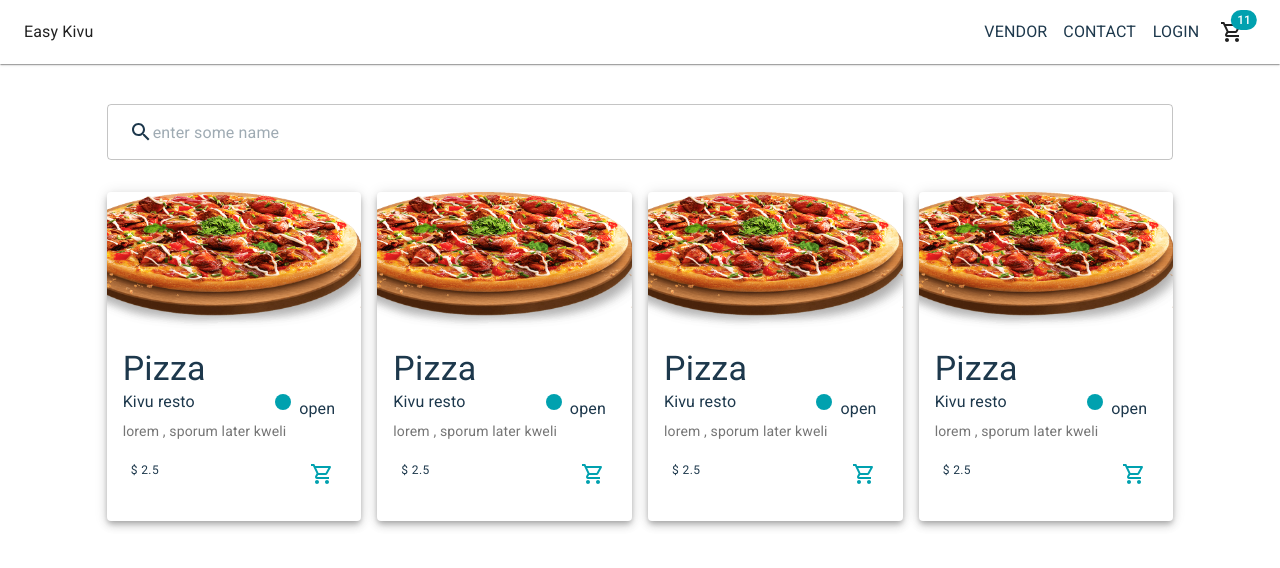
Repository: kilamaelie/jokes-dapp
Page: /
These files come from the project's save history. The page is drawn as it stood at one moment and after the next save; the edit follows.
The browser window is 1280 px wide. The pictures show the whole page.
The project was rebuilt for these pictures with package versions that can differ from the ones it lists, and the page was loaded fresh each time. Also part of the build but not shown: src/ui/page/dashboard/dashboard.js.

Above is the page before, as saved 2021-06-28 02:58:49.

After the next save:
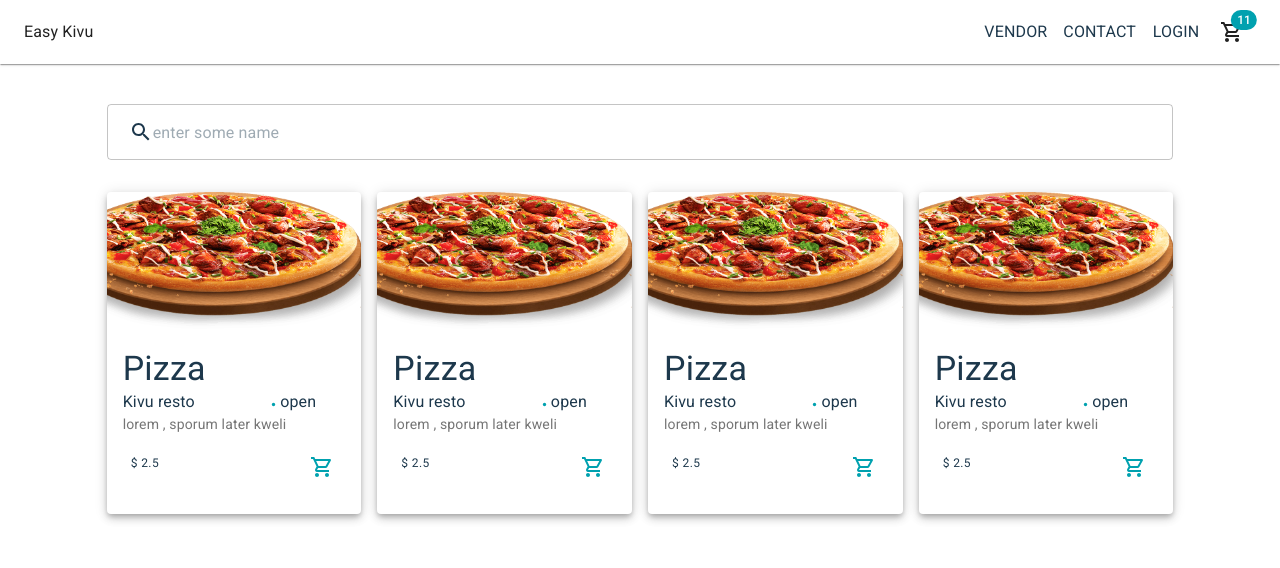
Saved 30 s later.
--- a/src/ui/page/website/screen/widget/card.js
+++ b/src/ui/page/website/screen/widget/card.js
@@ -31,7 +31,7 @@ const CardItem =()=>{
               </Grid>
              < Grid item xs={4} sm={4}>
               <Typography>
-             <FiberManualRecordIcon color='secondary'/> open
+             <FiberManualRecordIcon color='secondary' style={{fontSize:5}}/> open
             </Typography>
               </Grid>
             </Grid>
